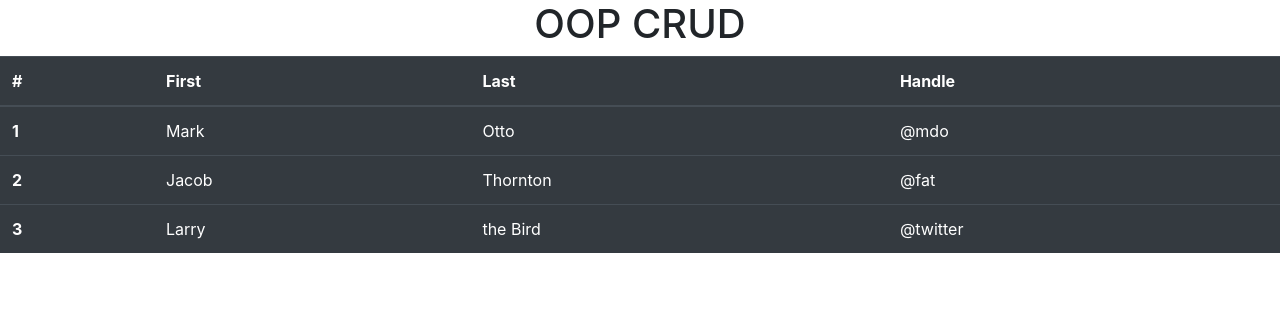
Repository: DhananjayaLakshan/PHP_CRUD_OOP1
Page: index.html
The author's editor kept a copy of each file at every save. The page is drawn from the files as they stood at one save, then again after the next save.
The browser window is 1280 px wide. The pictures show the whole page.

Above is the page before, as saved 2023-11-30 10:50:29.

### index.html
<!DOCTYPE html>
<html lang="en">
<head>
    <meta charset="UTF-8">
    <meta name="viewport" content="width=device-width, initial-scale=1.0">
    <title>CRUD OOP</title>
    <link rel="stylesheet" href="https://cdn.jsdelivr.net/npm/bootstrap@4.5.3/dist/css/bootstrap.min.css" integrity="sha384-TX8t27EcRE3e/ihU7zmQxVncDAy5uIKz4rEkgIXeMed4M0jlfIDPvg6uqKI2xXr2" crossorigin="anonymous">
    <link rel="stylesheet" href="style.css">
    <script src="script.js"></script>
</head>
<body>

    <h1 style="text-align: center;">OOP CRUD</h1>

    <table class="table table-dark">
        <thead>
          <tr>
            <th scope="col">#</th>
            <th scope="col">First</th>
            <th scope="col">Last</th>
            <th scope="col">Handle</th>
          </tr>
        </thead>
        <tbody>
          <tr>
            <th scope="row">1</th>
            <td>Mark</td>
            <td>Otto</td>
            <td>@mdo</td>
          </tr>
          <tr>
            <th scope="row">2</th>
            <td>Jacob</td>
            <td>Thornton</td>
            <td>@fat</td>
          </tr>
          <tr>
            <th scope="row">3</th>
            <td>Larry</td>
            <td>the Bird</td>
            <td>@twitter</td>
          </tr>
        </tbody>
      </table>

    <script src="https://code.jquery.com/jquery-3.5.1.slim.min.js" integrity="sha384-DfXdz2htPH0lsSSs5nCTpuj/zy4C+OGpamoFVy38MVBnE+IbbVYUew+OrCXaRkfj" crossorigin="anonymous"></script>
    <script src="https://cdn.jsdelivr.net/npm/bootstrap@4.5.3/dist/js/bootstrap.bundle.min.js" integrity="sha384-ho+j7jyWK8fNQe+A12Hb8AhRq26LrZ/JpcUGGOn+Y7RsweNrtN/tE3MoK7ZeZDyx" crossorigin="anonymous"></script>
</body>
</html>

Loaded but not shown: style.css (no copy from this time; the picture is the same without it); script.js (no stored copy; drawn as an empty file)

After the next save:
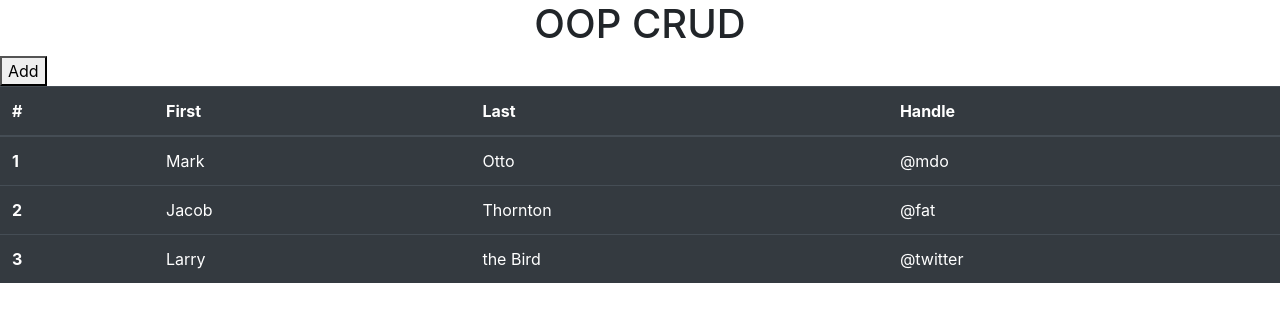
Saved 35 s later.
--- a/index.html
+++ b/index.html
@@ -11,6 +11,8 @@
 <body>
 
     <h1 style="text-align: center;">OOP CRUD</h1>
+
+    <a href="#"><button>Add</button></a>
 
     <table class="table table-dark">
         <thead>
